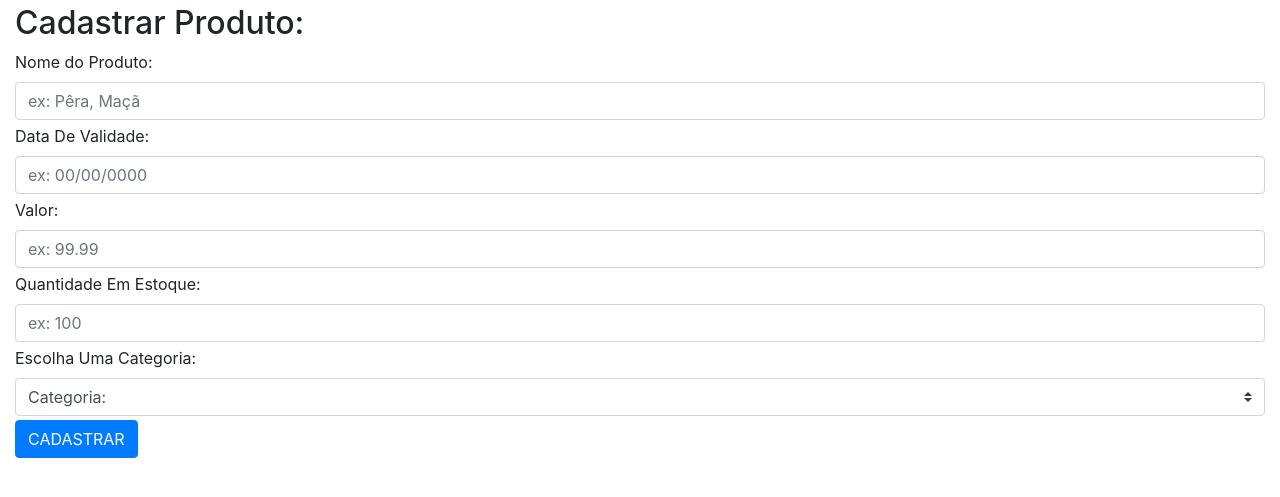
Repository: ricardofelipesilva/sistema
Page: http://localhost/site/controle.jsp
These files come from the project's save history. The page is drawn as it stood at one moment and after the next save; the edit follows.
The browser window is 1280 px wide. The pictures show the whole page.
The page is served by Tomcat 9. Other server files are loaded and not shown.

Above is the page before, as saved 2019-07-01 08:27:45.

### site/WebContent/controle.jsp
<%@ taglib uri="http://java.sun.com/jsp/jstl/core" prefix="c" %>
<!DOCTYPE html>
<html>
<head>
<meta charset="ISO-8859-1">
<link rel="stylesheet" href="https://stackpath.bootstrapcdn.com/bootstrap/4.3.1/css/bootstrap.min.css" integrity="sha384-ggOyR0iXCbMQv3Xipma34MD+dH/1fQ784/j6cY/iJTQUOhcWr7x9JvoRxT2MZw1T" crossorigin="anonymous">

<script src="https://code.jquery.com/jquery-3.3.1.slim.min.js" integrity="sha384-q8i/X+965DzO0rT7abK41JStQIAqVgRVzpbzo5smXKp4YfRvH+8abtTE1Pi6jizo" crossorigin="anonymous"></script>
<script src="https://cdnjs.cloudflare.com/ajax/libs/popper.js/1.14.7/umd/popper.min.js" integrity="sha384-UO2eT0CpHqdSJQ6hJty5KVphtPhzWj9WO1clHTMGa3JDZwrnQq4sF86dIHNDz0W1" crossorigin="anonymous"></script>
<script src="https://stackpath.bootstrapcdn.com/bootstrap/4.3.1/js/bootstrap.min.js" integrity="sha384-JjSmVgyd0p3pXB1rRibZUAYoIIy6OrQ6VrjIEaFf/nJGzIxFDsf4x0xIM+B07jRM" crossorigin="anonymous"></script>

<title>Mil Tecnologia | Cadastrar Produto</title>

</head>
<body>
	<form action="./novoproduto" method="post">

	<div class="col-auto my-1">
		<h2>Cadastrar Produto:</h2>
	</div>

	</form>

	<form action="./novoproduto" method="post">
  <div class="col-auto my-1 form-group">
    <label for="exampleInputEmail1">Nome do Produto:</label>
    <input  class="form-control" type="text" name="nome" placeholder="ex: Pêra, Maçã" required>
  </div>
  <div class=" col-auto my-1 form-group">
    <label for="exampleInputEmail1">Data De Validade:</label>
    <input  class="form-control" type="text" name="dataValidade"  placeholder="ex: 00/00/0000" />
  </div>

  <div class=" col-auto my-1 form-group">
    <label for="exampleInputEmail1">Valor:</label>
    <input  class="form-control" type="text" name="valor"  placeholder="ex: 99.99" />
  </div>


     <div class=" col-auto my-1 form-group">
    <label for="exampleInputEmail1">Quantidade Em Estoque:</label>
    <input  class="form-control" type="text" name="quantidadeEstoque"  placeholder="ex: 100" />
  </div>
      <div class="col-auto my-1">
  	    <label class="mr-sm-2 " for="inlineFormCustomSelect">Escolha Uma Categoria:</label>
      <select class="custom-select mr-sm-2" id="inlineFormCustomSelect" name="categoria">
        <option selected>Categoria:</option>
        <option value="1">Proteínas</option>
        <option value="2">Laticínios</option>
        <option value="3">Limpeza</option>
        <option value="4">Carnes</option>
      </select>
    </div>
 <div class=" col-auto my-1 form-group">
  <button type="submit" class="btn btn-primary">CADASTRAR</button>
  </div>
</form>


</body>
</html>

After the next save:
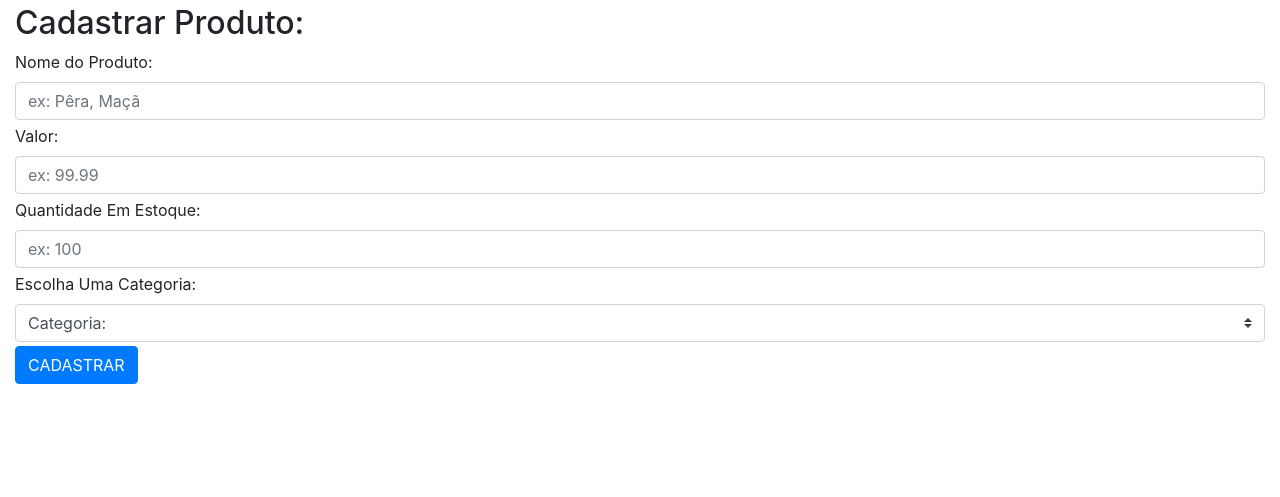
Saved 17 s later.
--- a/site/WebContent/controle.jsp
+++ b/site/WebContent/controle.jsp
@@ -25,10 +25,6 @@
   <div class="col-auto my-1 form-group">
     <label for="exampleInputEmail1">Nome do Produto:</label>
     <input  class="form-control" type="text" name="nome" placeholder="ex: Pêra, Maçã" required>
-  </div>
-  <div class=" col-auto my-1 form-group">
-    <label for="exampleInputEmail1">Data De Validade:</label>
-    <input  class="form-control" type="text" name="dataValidade"  placeholder="ex: 00/00/0000" />
   </div>
 
   <div class=" col-auto my-1 form-group">
